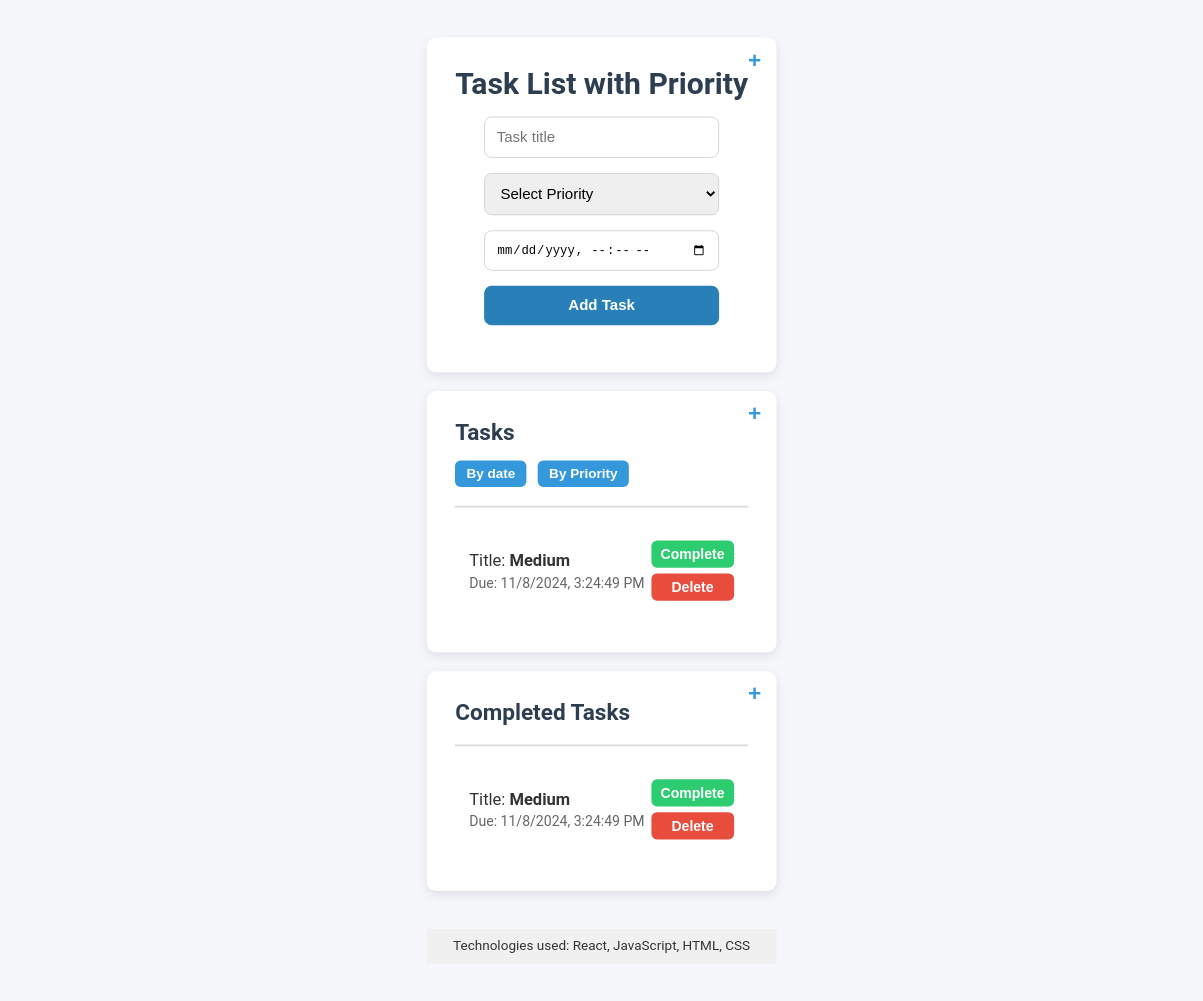
Repository: Lithium87/TaskList
Page: /
These files come from the project's save history. The page is drawn as it stood at one moment and after the next save; the edit follows.
The browser window is 1280 px wide. The pictures show the whole page, at 94% of full size.
The project was rebuilt for these pictures with package versions that can differ from the ones it lists, and the page was loaded fresh each time. Also part of the build but not shown: vite.config.js.

Above is the page before, as saved 2025-07-08 17:07:23.

After the next save:
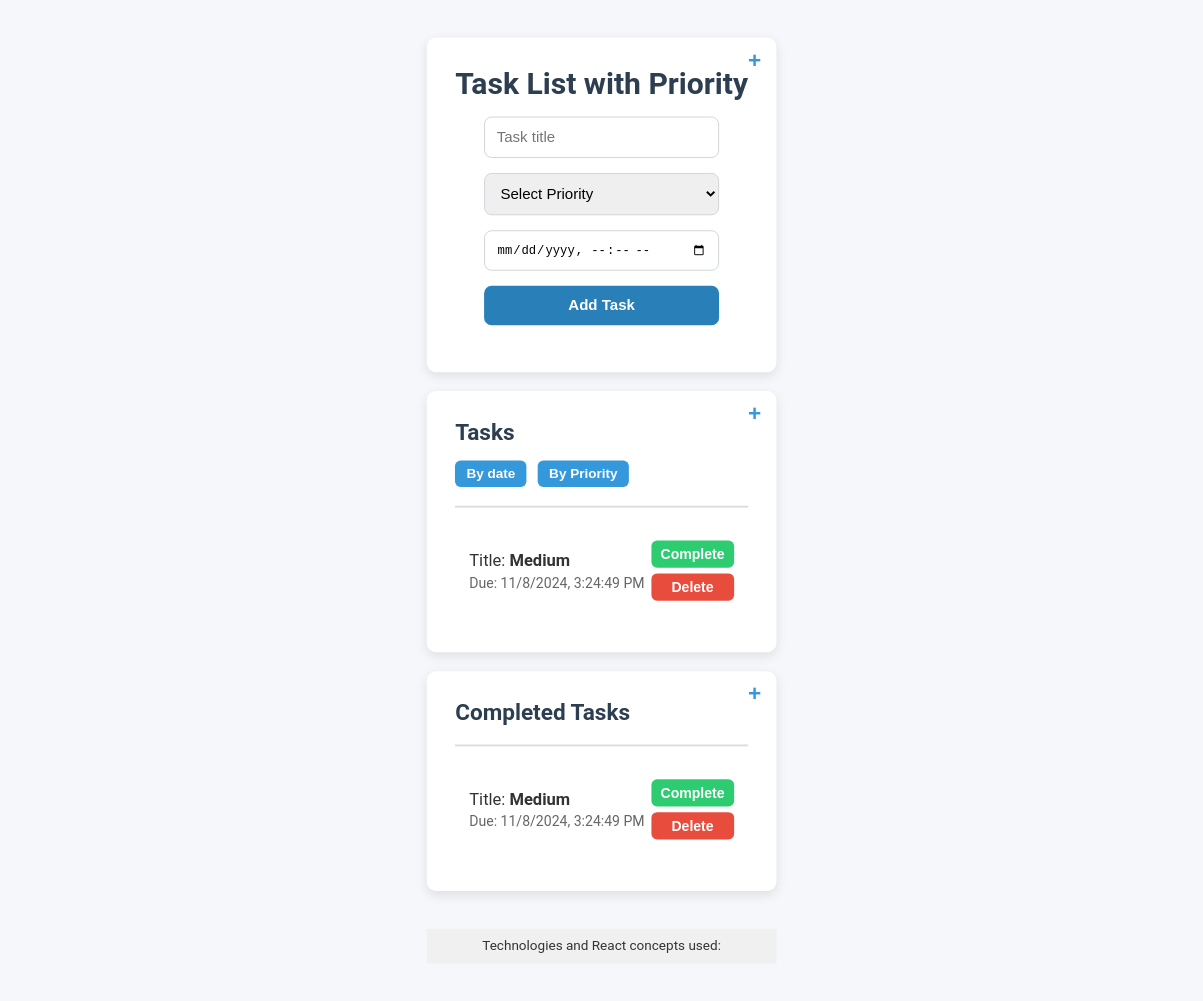
Saved 40 s later.
--- a/src/App.jsx
+++ b/src/App.jsx
@@ -83,7 +83,7 @@
   return (
     <footer className="footer">
       <p>
-        Technologies used: React, JavaScript, HTML, CSS
+        Technologies and React concepts used:{' '}
       </p>
     </footer>
   );
